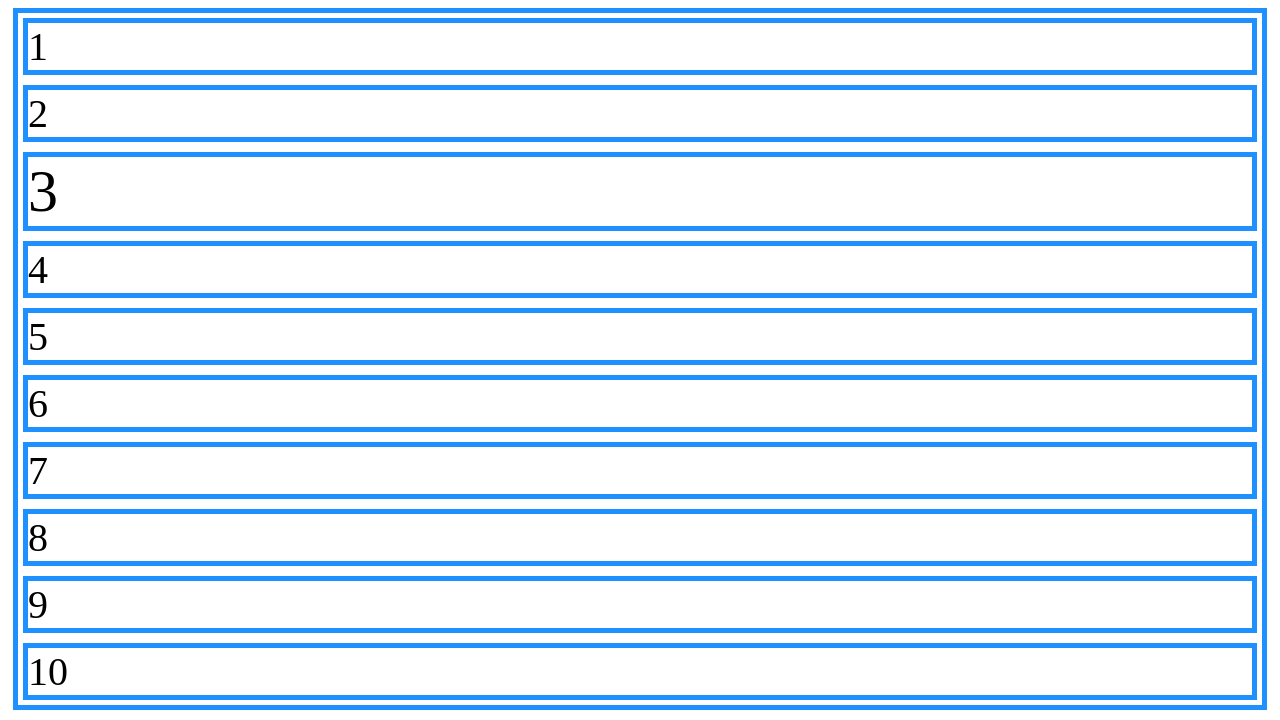
Repository: eversonps/flexbox-grid-css
Page: flexbox/flexbox1.html
An editor plug-in stored every save of this project. The page is shown before and after the next save, followed by the edit.
The browser window is 1280 px wide. The pictures show the whole page.

Above is the page before, as saved 2022-03-23 15:13:43.

### flexbox/flexbox1.html
<!DOCTYPE html>
<html>

<head>
    <meta charset="UTF-8">
    <title>Flexbox #01</title>
    <link rel="stylesheet" href="css/tag.css">
    <style>
        div {
            border: solid 5px dodgerblue;
            font-size: 40px;
            margin: 5px;
        }

        .big {
            font-size: 1.5em;
        }

        .flex-container {
            display: flex;
            flex-direction: column;
        }

    </style>
</head>

<body>
    <div class="flex-container">
        <div>1</div>
        <div>2</div>
        <div class="big">3</div>
        <div>4</div>
        <div>5</div>
        <div>6</div>
        <div>7</div>
        <div>8</div>
        <div>9</div>
        <div>10</div>
    </div>
</body>

</html>

Loaded but not shown: flexbox/css/tag.css (common file)

After the next save:
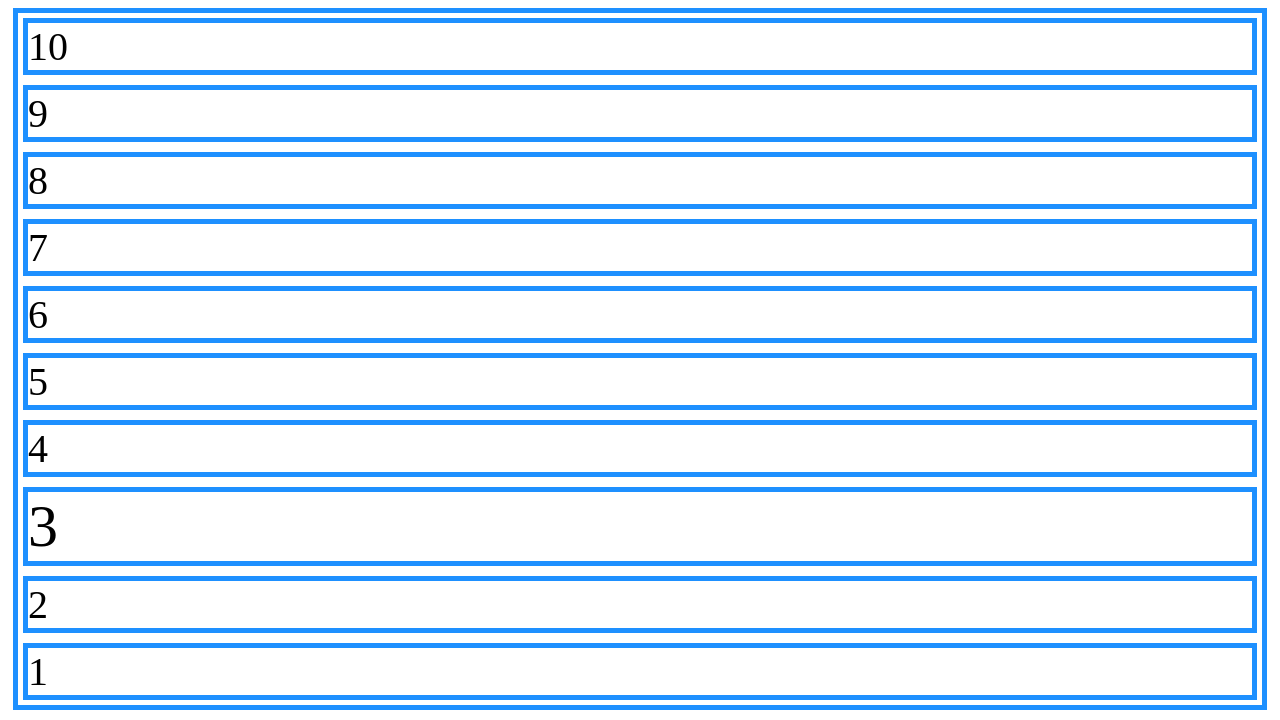
Saved 3 min 42 s later.
--- a/flexbox/flexbox1.html
+++ b/flexbox/flexbox1.html
@@ -19,6 +19,7 @@
         .flex-container {
             display: flex;
             flex-direction: column;
+            flex-direction: column-reverse;
         }
 
     </style>
